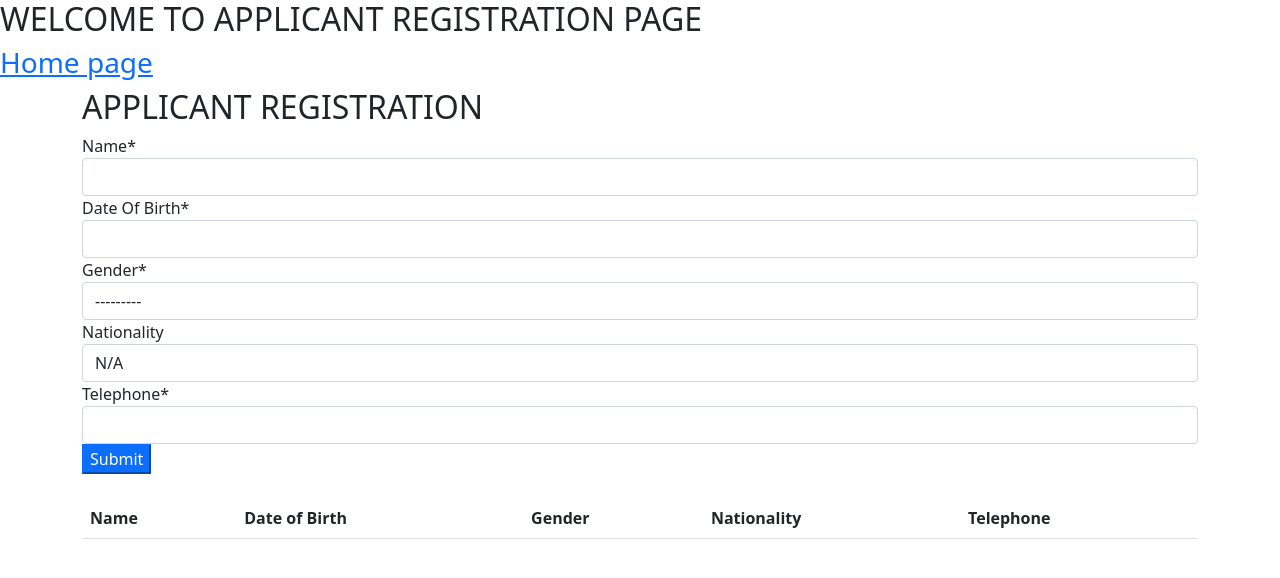
Repository: wizard991-ui/django_recruitment
Page: http://localhost/addapplicant/
The author's editor kept a copy of each file at every save. The page is drawn from the files as they stood at one save, then again after the next save.
The browser window is 1280 px wide. The pictures show the whole page.
The page is served by the project's application, run on Django 5.2 (manage.py). Other server files are loaded and not shown.

Above is the page before, as saved 2024-11-12 08:46:43.

### recruitment_app/templates/addapplicant.html
<!DOCTYPE html>
<html lang="en">
{% load static  %}
{% load crispy_forms_tags %}
<head>
    <meta charset="UTF-8">
    <meta name="viewport" content="width=device-width, initial-scale=1.0">
    <title>applicant</title>
    <link rel="stylesheet" href="{% static 'css/bootstrap.min.css' %}">
</head>
<body>
    <h2>WELCOME TO APPLICANT REGISTRATION PAGE</h2>
        <a href ="{% url 'index_page'%}"> <h3>Home page</h3></a>
            <div class='container'>
                <h2> APPLICANT REGISTRATION</h2>
                <form method="POST">
                {% csrf_token %}
                {{ form | crispy }}
                <input type='submit' class='btn-primary'>
                </form>
                {% if message %}
                {{ message }}
                {% endif %} <br>

                <table class="table table-striped">
                    <thead>
                        <tr>
                        <th scope="col">Name</th>
                        <th scope="col">Date of Birth</th>
                        <th scope="col">Gender</th>
                        <th scope="col">Nationality</th>
                        <th scope="col">Telephone</th>
                        </tr>
                    </thead>
                </table>
            </div>
</body>
</html>

### recruitment_app/forms.py
from django.forms import ModelForm

from recruitment_app.models import Applicant,Employer,Application,Jobposting,Qualification,Jobrequirements

class Applicant_form(ModelForm):
    class Meta:
        model = Applicant
        fields = '__all__'

class Employer_form(ModelForm):
    class Meta:
        model = Employer
        fields = '__all__'

class Jobposting_form(ModelForm):
    class Meta:
        model = Jobposting
        fields = '__all__'

class Qualification_form(ModelForm):
    class Meta:
        model = Qualification
        fields = '__all__' # use this to specify the fields to be displayed on the form

class Jobrequirements_form(ModelForm):
    class Meta:
        model = Jobrequirements
        fields = '__all__'

class Application_form(ModelForm):
    class Meta:
        model = Application
        fields = '__all__'

### recruitment_app/models.py
from django.db import models

# Create your models here.
class Applicant(models.Model):
    GENDER_OPTIONS=[('M','Male'),('F','Female')]

    Name = models.CharField(max_length=50)
    Date_Of_Birth = models.DateField(auto_now=False)
    Gender = models.CharField(max_length=2, choices=GENDER_OPTIONS)
    Nationality = models.CharField(max_length=50,null=True,blank=True,default="N/A")
    Telephone = models.CharField(max_length=15)

class Employer(models.Model):
    Employer_name = models.CharField(max_length=50)
    Employer_Email = models.EmailField()
    Employer_Telephone = models.CharField(max_length=15)
    Contact_person = models.CharField(max_length=25)
    PO_Box = models.CharField(max_length=10000, null=True)
    Plot_Number = models.IntegerField(null=True, blank=True)
    Street = models.CharField(max_length=50)
    City = models.CharField(max_length=25)
    Country=models.CharField(max_length=20)

class Jobposting(models.Model):
    Position_Title = models.CharField(max_length=50)
    Department = models.CharField(max_length=50)
    Vacancies_Available = models.IntegerField()
    Posting_Date = models.DateField(auto_now=False)
    Application_Deadline = models.DateField(auto_now=False)

class Qualification(models.Model):
    Applicant_ID = models.ForeignKey(Applicant,on_delete = models.CASCADE)
    Qualification_name = models.CharField(max_length=50)
    Qualification_Acronym = models.CharField(max_length=10)
    Awarding_institution = models.CharField(max_length=50)

class Jobrequirements(models.Model):
    Position_id = models.ForeignKey(Jobposting, on_delete = models.CASCADE)
    Employer_id = models.ForeignKey(Employer, on_delete = models.CASCADE)
    Education_level = models.CharField(max_length=30)
    Experience = models.CharField(max_length=50)

class Application(models.Model):
    Applicant_id = models.ForeignKey(Applicant,on_delete = models.CASCADE)
    Position_id = models.ForeignKey(Jobposting, on_delete = models.CASCADE)
    Application_date = models.DateField(auto_now=False)
    Application_status = models.CharField(max_length=20)

    def __str__(self):
        self.Applicant_id, Position_id

### recruitment_app/views.py
from django.shortcuts import render

from recruitment_app.forms import Applicant_form, Employer_form,Jobposting_form,Qualification_form,Jobrequirements_form,Application_form

from recruitment_app.models import Applicant, Employer,Jobposting,Qualification,Jobrequirements,Application

# Create your views here.
def index_view(request):
    return render(request,'index.html')

# creating Form views

def add_applicant_View(request):
    message=''
    if request.method == 'POST':
        applicant_form = Applicant_form(request.POST)

        if applicant_form.is_valid():
            applicant_form.save()
            message='Applicant Registered'
    else: applicant_form = Applicant_form()

    # Read operation code
    applicants = Applicant.objects.all()

    context = {'form':applicant_form,'message':message, 'applicants': applicants}
    return render(request,'addapplicant.html',context)

def add_employer_view(request):
    message = ''
    if request.method == 'POST':
        employer_form = Employer_form(request.POST)

        if employer_form.is_valid():
            employer_form.save()

            message = 'Employer Registered successfully'
    else: employer_form = Employer_form()
    # Read operation code
    employer = Employer.objects.all()

    context = {'form':employer_form, 'message':message,'employers':employers}
    return render(request,'addemployer.html',context)

def add_jobposting_view(request):
    message = ''
    if request.method == 'POST':
        jobposting_from = Jobposting_form(request.POST)

        if jobposting_form.is_valid():
            jobposting_form.save()
            message='Job posting Uploaded'
    else: jobposting_form = Jobposting_form()

    jobposting = Jobposting.objects.all()

    context ={'form':jobposting_form, 'message':message,'jobpostings':jobpostings}
    return render(request,'addjobposting.html',context)

def add_qualification_view(request):
    message=''
    if request.method == 'POST':
        qualification_form = Qualification_form(request.POST)

        if qualification_form.is_valid():
            qualification_form.save()
            message='Qualification uploaded'

    else: qualification_form = Qualification_form()
    qualification = Qualification.objects.all()

    context={'form':qualification_form, 'message':message, 'qualifications':qualifications}
    return render(request,'addqualification.html',context)

def add_jobrequirements_view(request):
    message=''
    if request.method=='POST':
        jobrequirement_form = Jobrequirements_form(request.POST)

        if jobrequirement_form.is_valid():
            jobrequirement_form.save()
            message ='Job requirements uploaded'

    else: jobrequirement_form = Jobrequirements_form()
    jobrequirement = Jobrequirements.Objects.all()

    context={'form':jobrequirement_form,'message':message, 'jobrequirements':jobrequirements}
    return render(request,'addjobrequirement.html',context)

def add_application_view(request):
    message=''
    if request.method == 'POST':
        application_form = Application_form(request.POST)

        if application_form.is_valid():
            application_form.save()
            message='Application uploaded'

    else: application_form = Application_form()
    application = Application.objects.all()

    context = {'form':application_form, 'message':message,'applications':applications}
    return render(request,'addapplication.html',context)

### recruitment_pj/urls.py
"""
URL configuration for recruitment_pj project.

The `urlpatterns` list routes URLs to views. For more information please see:
    https://docs.djangoproject.com/en/5.1/topics/http/urls/
Examples:
Function views
    1. Add an import:  from my_app import views
    2. Add a URL to urlpatterns:  path('', views.home, name='home')
Class-based views
    1. Add an import:  from other_app.views import Home
    2. Add a URL to urlpatterns:  path('', Home.as_view(), name='home')
Including another URLconf
    1. Import the include() function: from django.urls import include, path
    2. Add a URL to urlpatterns:  path('blog/', include('blog.urls'))
"""
from django.contrib import admin
from django.urls import path
from recruitment_app.views import index_view,add_applicant_View,add_employer_view, add_jobposting_view,add_qualification_view,add_jobrequirements_view,add_application_view

urlpatterns = [
    path('admin/', admin.site.urls),
    path('', index_view, name='index_page'),
    path('addapplicant/',add_applicant_View, name="addapplicant_page"),
    path('addemployer/',add_employer_view, name='addemployer_page'),
    path('addjobposting/',add_jobposting_view, name='addjobposting_page'),
    path('addqualification/', add_qualification_view, name='addqualification_page'),
    path('addjorequirement/',add_jobrequirements_view, name ='addrequirement_page'),
    path('addapplication/',add_application_view, name='addapplication_page')
]

Loaded but not shown: static/css/bootstrap.min.css (library)

After the next save:
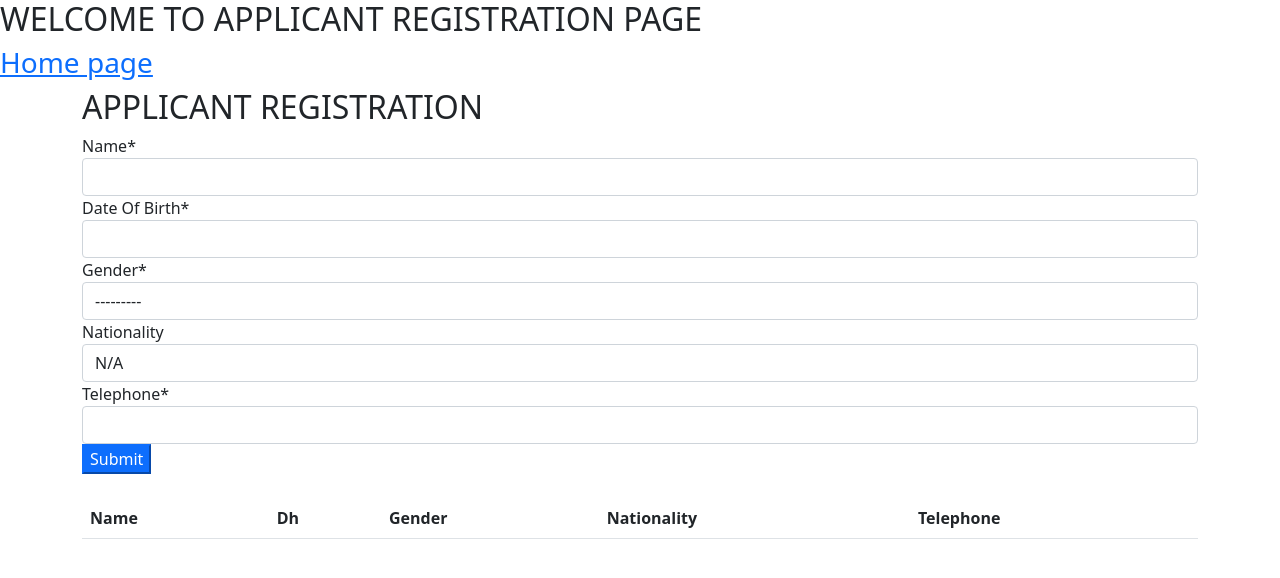
Saved 20 s later.
--- a/recruitment_app/templates/addapplicant.html
+++ b/recruitment_app/templates/addapplicant.html
@@ -26,7 +26,7 @@
                     <thead>
                         <tr>
                         <th scope="col">Name</th>
-                        <th scope="col">Date of Birth</th>
+                        <th scope="col">Dh</th>
                         <th scope="col">Gender</th>
                         <th scope="col">Nationality</th>
                         <th scope="col">Telephone</th>

After the save that followed:
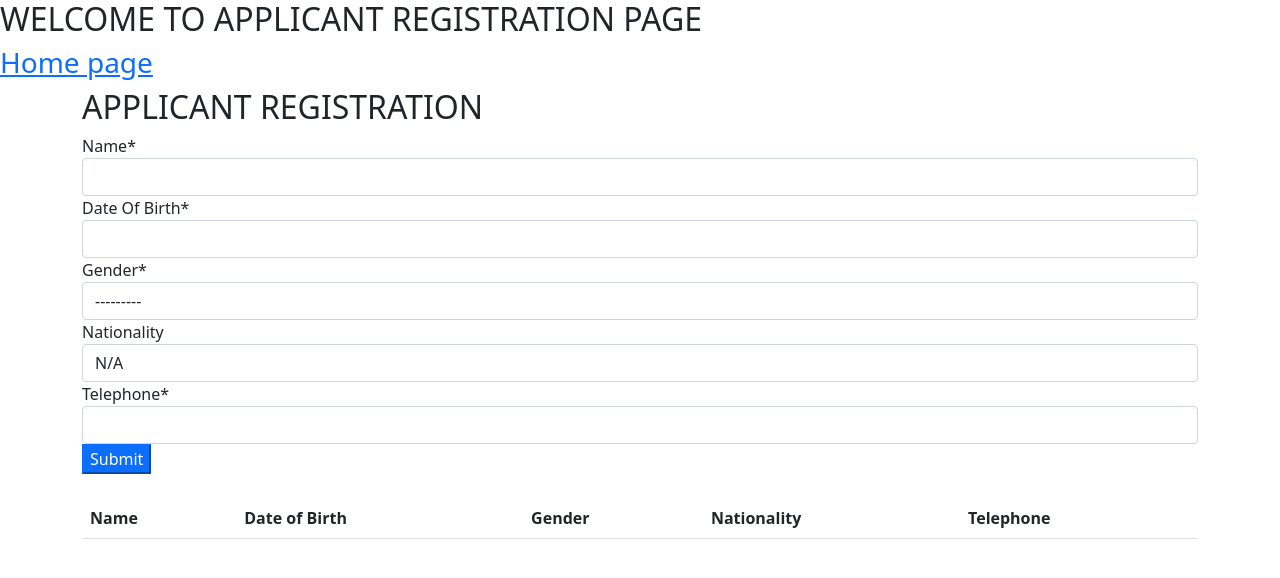
Saved 7 s later.
--- a/recruitment_app/templates/addapplicant.html
+++ b/recruitment_app/templates/addapplicant.html
@@ -26,7 +26,7 @@
                     <thead>
                         <tr>
                         <th scope="col">Name</th>
-                        <th scope="col">Dh</th>
+                        <th scope="col">Date of Birth</th>
                         <th scope="col">Gender</th>
                         <th scope="col">Nationality</th>
                         <th scope="col">Telephone</th>
